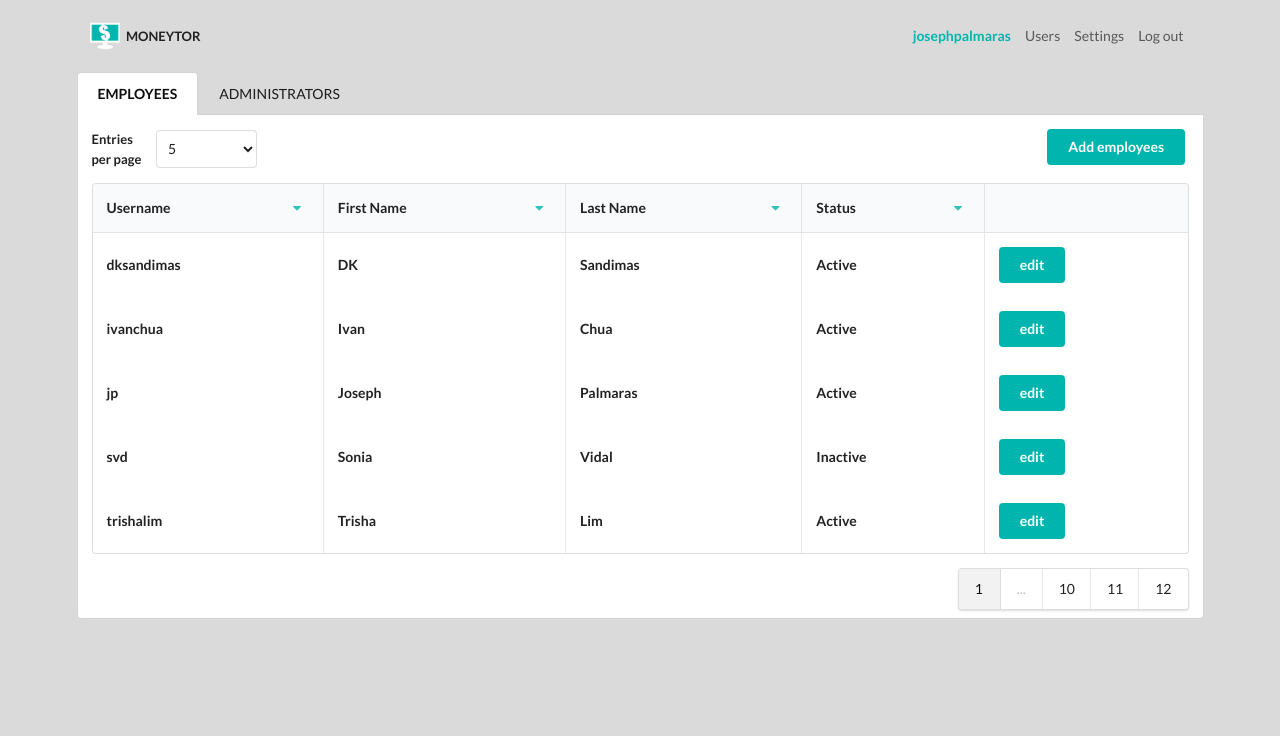
Repository: TV5/MoneyTor
Page: Workspace/MoneyTor/war/users.html
The author's editor kept a copy of each file at every save. The page is drawn from the files as they stood at one save, then again after the next save.
The browser window is 1280 px wide. The pictures show the whole page.

Above is the page before, as saved 2015-10-08 05:48:25.

After the next save:
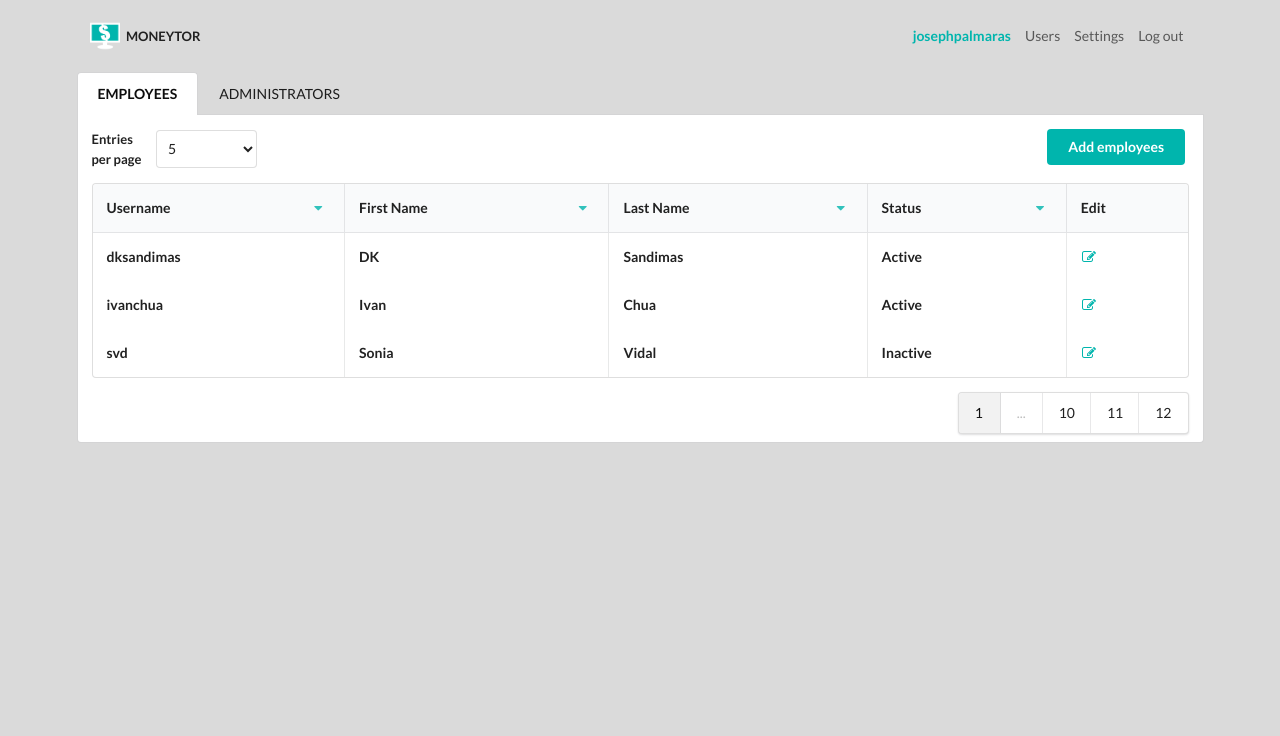
Saved 32 s later.
--- a/Workspace/MoneyTor/war/users.html
+++ b/Workspace/MoneyTor/war/users.html
@@ -113,7 +113,7 @@ a {
 							style="float: right"></i></th>
 						<th>Status <i class="dropdown icon link"
 							style="float: right"></i></th>
-						<th></th>
+						<th>Edit</th>
 					</tr>
 				</thead>
 				<tbody>
@@ -122,35 +122,21 @@ a {
 						<th>DK</th>
 						<th>Sandimas</th>
 						<th>Active</th>
-						<th><button class="ui button teal" id="editemployeeBtn">edit</button></th>
+						<th><a href="#"><i class="edit icon editEmployeeBtn"></i></a></th>
 					</tr>
 					<tr>
 						<th>ivanchua</th>
 						<th>Ivan</th>
 						<th>Chua</th>
 						<th>Active</th>
-						<th><button class="ui button teal" id="editemployeeBtn">edit</button></th>
-					</tr>
-					<tr>
-						<th>jp</th>
-						<th>Joseph</th>
-						<th>Palmaras</th>
-						<th>Active</th>
-						<th><button class="ui button teal" id="editemployeeBtn">edit</button></th>
+						<th><a href="#"><i class="edit icon editEmployeeBtn"></i></a></th>
 					</tr>
 					<tr>
 						<th>svd</th>
 						<th>Sonia</th>
 						<th>Vidal</th>
 						<th>Inactive</th>
-						<th><button class="ui button teal" id="editemployeeBtn">edit</button></th>
-					</tr>
-					<tr>
-						<th>trishalim</th>
-						<th>Trisha</th>
-						<th>Lim</th>
-						<th>Active</th>
-						<th><button class="ui button teal" id="editemployeeBtn">edit</button></th>
+						<th><a href="#"><i class="edit icon editEmployeeBtn"></i></a></th>
 					</tr>
 				</tbody>
 			</table>
@@ -200,7 +186,9 @@ a {
 							style="float: right"></i></th>
 						<th>Last Name <i class="dropdown icon link"
 							style="float: right"></i></th>
-						<th></th>
+						<th>Status <i class="dropdown icon link"
+							style="float: right"></i></th>
+						<th>Edit</th>
 					</tr>
 				</thead>
 				<tbody>
@@ -208,21 +196,23 @@ a {
 						<th>dksandimas</th>
 						<th>DK</th>
 						<th>Sandimas</th>
-						<th><button class="ui button teal" id="editadministratorBtn">edit</button></th>
+						<th>Active</th>
+						<th><a href="#"><i class="edit icon editAdministratorBtn"></i></a></th>
 					</tr>
 					<tr>
 						<th>ivanchua</th>
 						<th>Ivan</th>
 						<th>Chua</th>
-						<th><button class="ui button teal" id="editadministratorBtn">edit</button></th>
+						<th>Active</th>
+						<th><a href="#"><i class="edit icon editAdministratorBtn"></i></a></th>
 					</tr>
 					<tr>
-						<th>jp</th>
-						<th>Joseph</th>
-						<th>Palmaras</th>
-						<th><button class="ui button teal" id="editadministratorBtn">edit</button></th>
+						<th>svd</th>
+						<th>Sonia</th>
+						<th>Vidal</th>
+						<th>Inactive</th>
+						<th><a href="#"><i class="edit icon editAdministratorBtn"></i></a></th>
 					</tr>
-
 				</tbody>
 			</table>
 
@@ -356,7 +346,7 @@ a {
 
 <!-- edit employee INFORMATION  -->
 		<div id="editemployee" class="ui modal">
-			<div class="header">employee</div>
+			<div class="header">Employee</div>
 			<div class="content">
 				<form class="ui form">
 
@@ -392,7 +382,7 @@ a {
 							<label>Password</label>
 						</div>
 						<div class="seven wide field">
-							<input type="number" value="*******">
+							<input type="text" value="*******">
 						</div>
 					</div>
 
@@ -401,7 +391,7 @@ a {
 							<label>Confirm Password</label>
 						</div>
 						<div class="seven wide field">
-							<input type="number">
+							<input type="text" value="*******">
 						</div>
 					</div>
 				</form>
@@ -451,7 +441,7 @@ a {
 							<label>Password</label>
 						</div>
 						<div class="seven wide field">
-							<input type="number" value="*******">
+							<input type="text" value="*******">
 						</div>
 					</div>
 
@@ -460,7 +450,7 @@ a {
 							<label>Confirm Password</label>
 						</div>
 						<div class="seven wide field">
-							<input type="number">
+							<input type="text" value="*******">
 						</div>
 					</div>
 				</form>
@@ -871,11 +861,11 @@ a {
 		$('#addadministrator').modal('show');
 	});
 
-	$('#editemployeeBtn').click(function() {
+	$('.editEmployeeBtn').click(function() {
 		$('#editemployee').modal('show');
 	});
 
-	$('#editadministratorBtn').click(function() {
+	$('.editAdministratorBtn').click(function() {
 		$('#editadministrator').modal('show');
 	});
 
